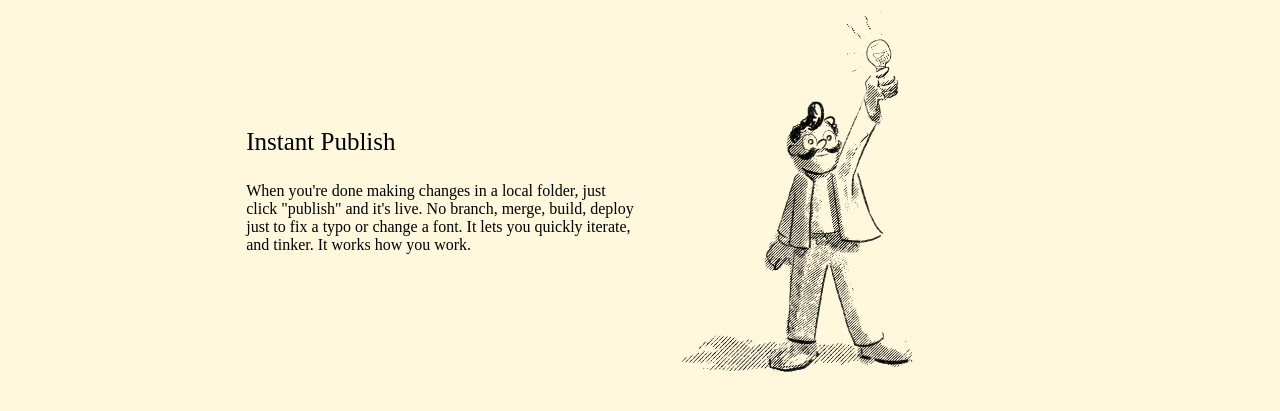
Repository: Pbemits/TEAMWORK-PROJECT-ONE
Page: index.html
The author's editor kept a copy of each file at every save. The page is drawn from the files as they stood at one save, then again after the next save.
The browser window is 1280 px wide. The pictures show the whole page.
Some web fonts or font styles are not loaded; a fallback is used.

Above is the page before, as saved 2023-09-01 22:49:46.

### index.html
<!DOCTYPE html>
<html lang="en">
<head>
    <meta charset="UTF-8">
    <meta name="viewport" content="width=device-width, initial-scale=1.0">
    <link rel="stylesheet" href="./assets/css/base.css">
    <link rel="stylesheet" href="./assets/css/main.css">
    <!-- ~: FONT: 'Noto Sans JP', sans-serif -->
    <link rel="preconnect" href="https://fonts.googleapis.com">
    <link rel="preconnect" href="https://fonts.gstatic.com" crossorigin>
    <link href="https://fonts.googleapis.com/css2?family=Noto+Sans+JP:wght@100;200;300;400;500;600&display=swap" rel="stylesheet">
    <!-- ~: FONT: 'PT Serif Caption', serif -->
    <link rel="preconnect" href="https://fonts.googleapis.com">
    <link rel="preconnect" href="https://fonts.gstatic.com" crossorigin>
    <link href="https://fonts.googleapis.com/css2?family=PT+Serif+Caption:ital@0;1&display=swap" rel="stylesheet">
    <title>TEAMWORK PROJECT ONE</title>
</head>
<body>
    <!-- TODO: HEADER MAIN -->
    <div id="header-main">

    </div>
    <!-- TODO: CONTENT MAIN -->
    <div id="content-main">
        <!-- CODE BY XUAN DAI -->
        <!-- CONTENT-SECTION-TWO -->
        <div class="content-section-two">

            <!-- WRAPPER ONE -->
            <div class="content-wrapper-element-one">
                <div class="wrapper-element-one">
                    <div class="wrapper-element-texts">
                        <div class="element-text-h3">
                            <h3>Instant Publish</h3>
                        </div>
                        <div class="element-texts-paragraph">
                            <p>When you're done making changes in a local folder, just<br> click "publish" and it's live. No branch, merge, build, deploy<br> just to fix a typo or change a font. It lets you quickly iterate,<br> and tinker. It works how you work.</p>
                        </div>
                    </div>
                </div>

                <div class="wrapper-element-two">
                    <div class="wrapper-element-image">
                        <div class="element-img">
                            <img src="./assets/image/ligter.png" alt="ÁNH SÁNG CỦA ĐẢNG VN">
                        </div>
                    </div>
                </div>
            </div>
            <!-- END WRAPPER ONE -->

            <!-- WRAPPER TWO -->
            <div class="content-wrapper-element-two">
                <div class="wrapper-element-one">
                    <div class="wrapper-element-texts">
                        <div class="element-text-h3"></div>
                        <div class="element-texts-paragraph"></div>
                    </div>
                </div>

                <div class="wrapper-element-two">
                    <div class="wrapper-element-image">
                        <div class="element-img"></div>
                    </div>
                </div>
            </div>
            <!--END WRAPPER TWO -->

            <!-- WRAPPER THREE -->
            <div class="content-wrapper-element-three">
                <div class="wrapper-element-one">
                    <div class="wrapper-element-texts">
                        <div class="element-text-h3"></div>
                        <div class="element-texts-paragraph"></div>
                    </div>
                </div>

                <div class="wrapper-element-two">
                    <div class="wrapper-element-image">
                        <div class="element-img"></div>
                    </div>
                </div>
            </div>
            <!-- END WRAPPER THREE -->

        </div>
        <!-- END CONTENT-SECTION-TWO -->
        <!-- END CODE BY XUAN DAI -->
    </div>
    <!-- TODO: FOOTER MAIN -->
    <div id="footer-main">

    </div>
</body>
</html>

### assets/css/base.css
* {
    margin: 0;
    padding: 0;
    box-sizing: border-box;
}
body {
    background-color: #fff8dc;
    font-family: 'Noto Sans JP', sans-serif;
    font-family: 'PT Serif Caption', serif;
}

:root {
    --color-texts: #161616;
}

### assets/css/main.css
.content-wrapper-element-one {
    display: flex;
    justify-content: center;
    align-items: center;
}

.content-wrapper-element-one .wrapper-element-texts .element-text-h3 h3 {
    font-size: 25px;
    font-weight: 400;
}

.content-wrapper-element-one .wrapper-element-texts .element-texts-paragraph {
    margin: 26px 0;
}

.content-wrapper-element-one .element-img {
    width: 100%;
}

.content-wrapper-element-one .element-img img {
    width: 400px;
}

After the next save:
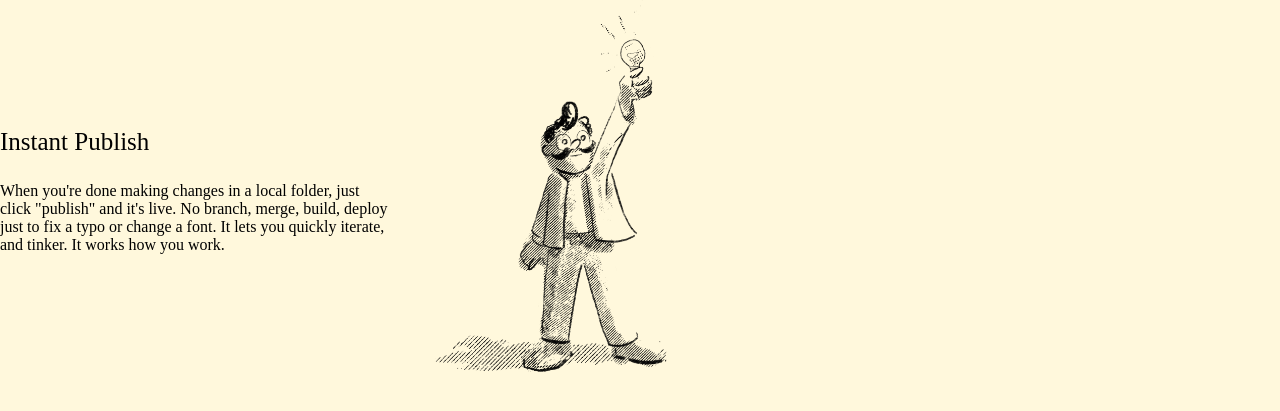
Saved 93 s later.
--- a/assets/css/main.css
+++ b/assets/css/main.css
@@ -1,6 +1,6 @@
 .content-wrapper-element-one {
     display: flex;
-    justify-content: center;
+    /* justify-content: center; */
     align-items: center;
 }
 

After the save that followed:
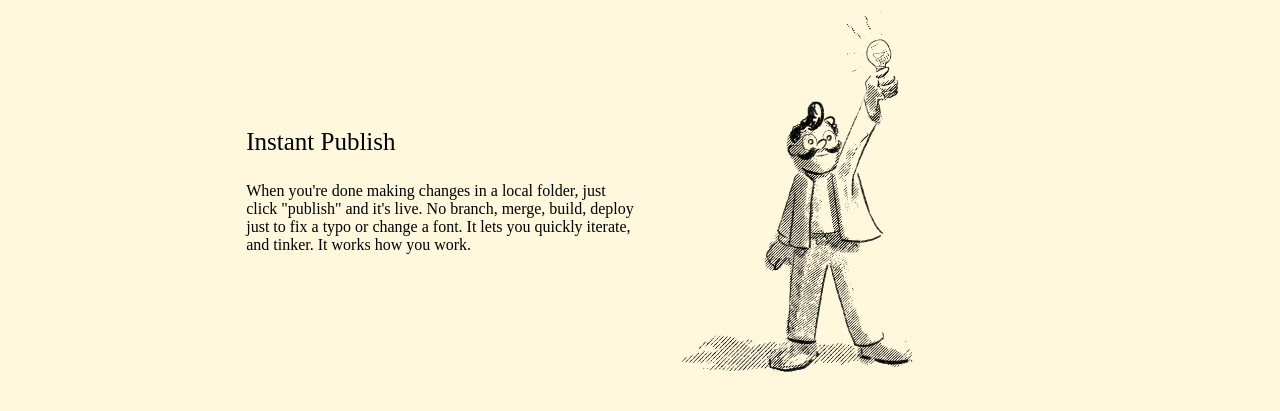
Saved 6 s later.
--- a/assets/css/main.css
+++ b/assets/css/main.css
@@ -1,6 +1,6 @@
 .content-wrapper-element-one {
     display: flex;
-    /* justify-content: center; */
+    justify-content: center;
     align-items: center;
 }
 
